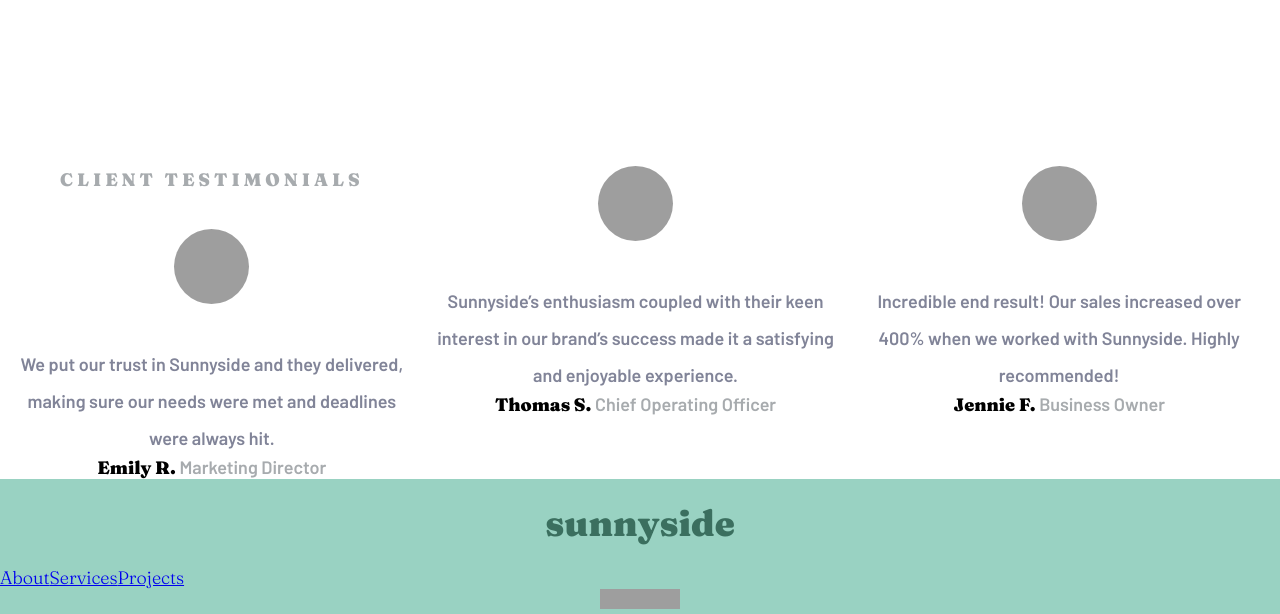
Repository: Roshanell/Sunny-Side-Agency
Page: index.html
The author's editor kept a copy of each file at every save. The page is drawn from the files as they stood at one save, then again after the next save.
The browser window is 1280 px wide. The pictures show the part of the page from y = 2148 to 2762 px (the page is 2762 px tall).
Pictures or frames that could not be fetched are drawn as grey boxes. Some web libraries are served in a nearby version.

Above is the page before, as saved 2022-07-06 12:12:10.

After the next save:
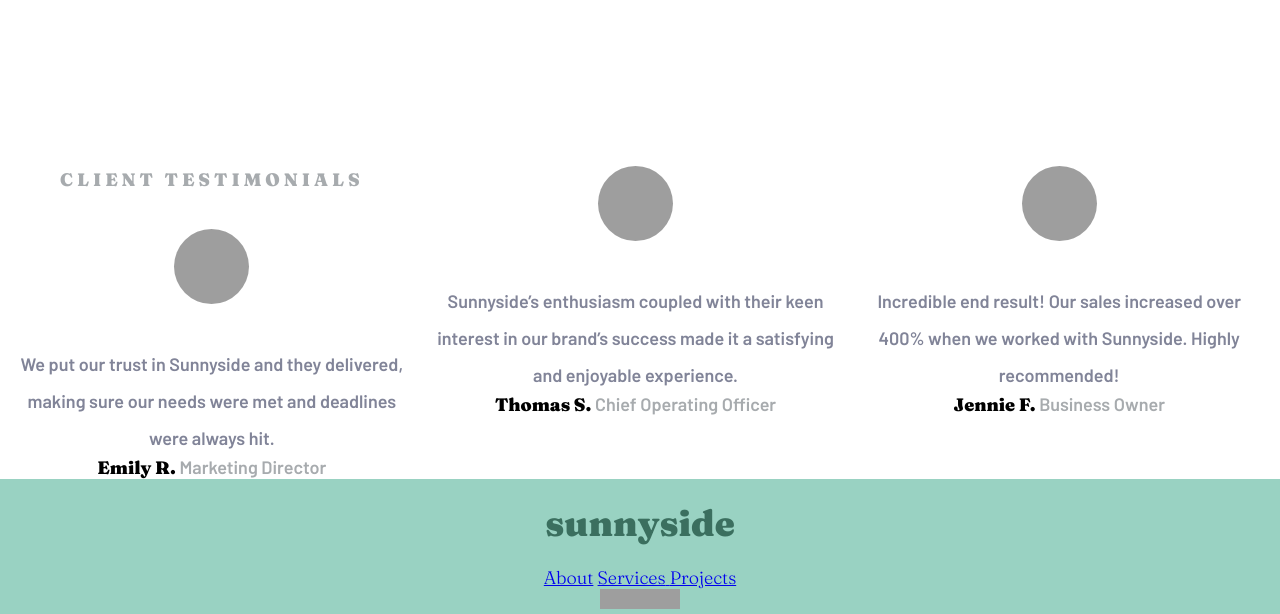
Saved 12 s later.
--- a/css/style.css
+++ b/css/style.css
@@ -357,7 +357,7 @@ span a {
     font-weight: 900;
     font-family: "Fraunces", serif;
   }
-  .moreInformation {
+  .moreInformation span a {
     display: flex;
     text-decoration: none;
   }
